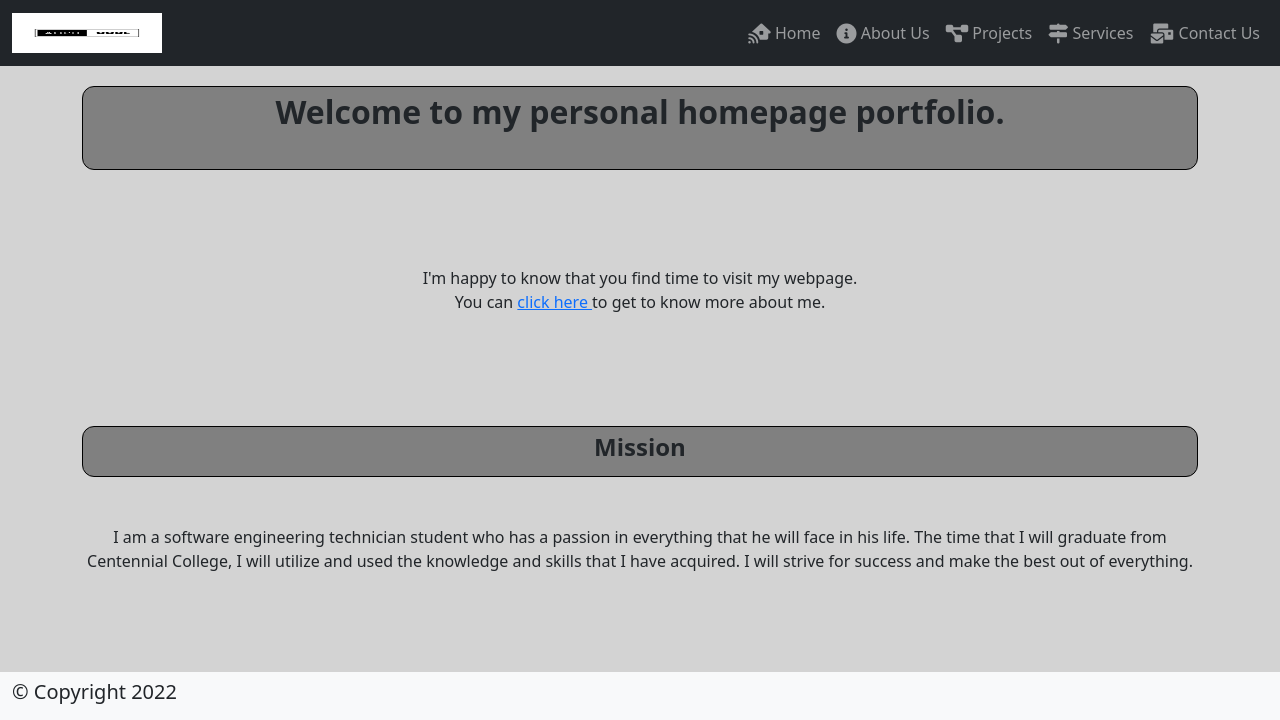
Repository: acarino4/Express-Portfolio-Site
Page: http://localhost/
An editor plug-in stored every save of this project. The page is shown before and after the next save, followed by the edit.
The browser window is 1280 px wide. The pictures show the whole page.
The page is served by the project's Node server (server.js).

Above is the page before, as saved 2022-10-08 19:13:14.

After the next save:
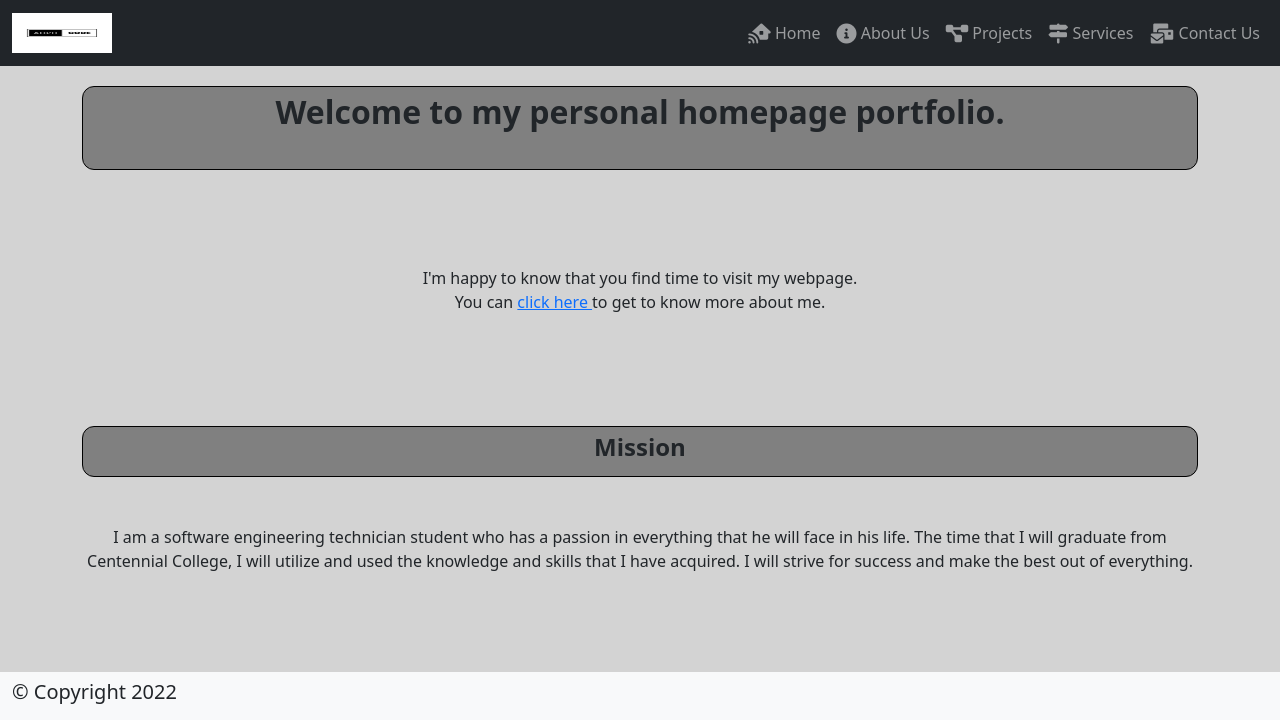
Saved 13 s later.
--- a/Server/Views/components/header.ejs
+++ b/Server/Views/components/header.ejs
@@ -5,7 +5,7 @@
 -->
 <nav class="navbar navbar-expand-lg navbar-dark bg-dark">
     <div class="container-fluid">
-      <a class="navbar-brand" href="/"><img src="./Assets/images/ACPH.png" alt="" width="150" height="40"></i> </a>
+      <a class="navbar-brand" href="/"><img src="./Assets/images/ACPH.png" alt="" width="100" height="40"></i> </a>
       <button class="navbar-toggler" type="button" data-bs-toggle="collapse" data-bs-target="#navbarSupportedContent" aria-controls="navbarSupportedContent" aria-expanded="false" aria-label="Toggle navigation">
         <span class="navbar-toggler-icon"></span>
       </button>
